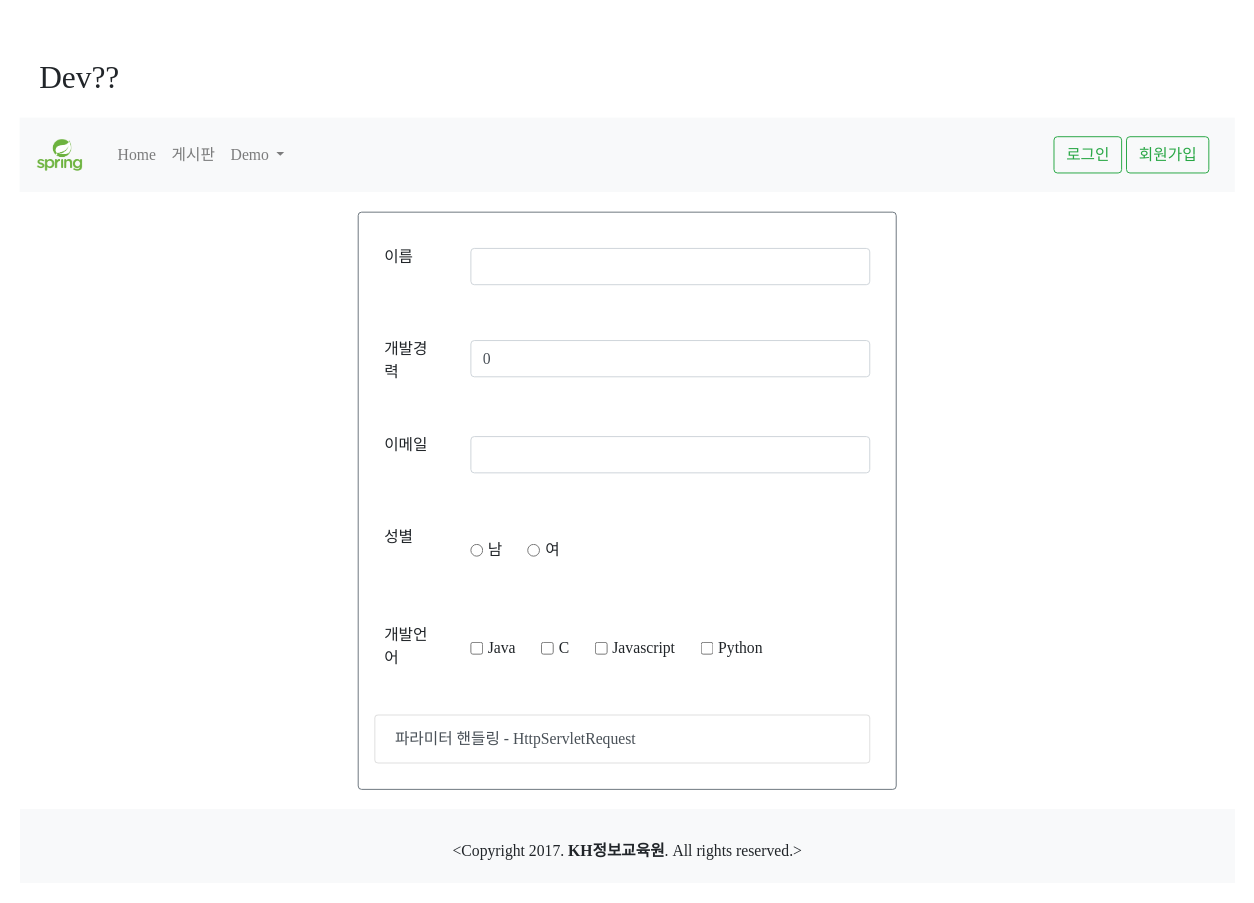
Repository: jinhak94/khspring
Page: http://localhost/hello-spring/WEB-INF/views/demo/devForm.jsp
These files come from the project's save history. The page is drawn as it stood at one moment and after the next save; the edit follows.
The browser window is 1280 px wide. The pictures show the whole page, at 98% of full size.
The page is served by Tomcat 9. Nobody is signed in. Other server files are loaded and not shown. The template is opened directly, without the code that normally fills it, so the values that code supplies are empty.

Above is the page before, as saved 2021-04-16 03:51:15.

### spring_workspace/hello-spring/src/main/webapp/WEB-INF/views/demo/devForm.jsp
<%@ page language="java" contentType="text/html; charset=UTF-8"
    pageEncoding="UTF-8"%>
<%@ taglib prefix="c" uri="http://java.sun.com/jsp/jstl/core"%>
<%@ taglib prefix="fmt" uri="http://java.sun.com/jsp/jstl/fmt"%>
<%@ taglib prefix="fn" uri="http://java.sun.com/jsp/jstl/functions"%>
<jsp:include page="/WEB-INF/views/common/header.jsp">
	<jsp:param value="Dev등록" name="title"/>
</jsp:include>
<style>
div#demo-container{
	width:550px;
}
</style>

<div id="demo-container"
	 class="border border-secondary mx-auto p-3 rounded">
	<!-- https://getbootstrap.com/docs/4.1/components/forms/#readonly-plain-text -->
	<form id="devFrm" method="POST">
		<div class="form-group row">
		  <label for="name" class="col-sm-2 col-form-label">이름</label>
		  <div class="col-sm-10">
		    <input type="text" class="form-control" id="name" name="name" required>
		  </div>
		</div>
		<div class="form-group row">
		  <label for="career" class="col-sm-2 col-form-label">개발경력</label>
		  <div class="col-sm-10">
		    <input type="number" class="form-control" id="career" name="career" value="0" required>
		  </div>
		</div>
		<div class="form-group row">
		  <label for="email" class="col-sm-2 col-form-label">이메일</label>
		  <div class="col-sm-10">
		    <input type="email" class="form-control" id="email" name="email" required>
		  </div>
		</div>
	  	<!-- https://getbootstrap.com/docs/4.1/components/forms/#inline -->
	    <div class="form-group row">
	    	<label class="col-sm-2 col-form-label">성별</label>
	    	<div class="col-sm-10">
			    <div class="form-check form-check-inline">
				  <input class="form-check-input" type="radio" name="gender" id="gender0" value="M">
				  <label class="form-check-label" for="gender0">남</label>
				</div>
				<div class="form-check form-check-inline">
				  <input class="form-check-input" type="radio" name="gender" id="gender1" value="F">
				  <label class="form-check-label" for="gender1">여</label>
				</div>
			</div>
		</div>
		<div class="form-group row">
			<label class="col-sm-2 col-form-label">개발언어</label>
			<div class="col-sm-10">
				<div class="form-check form-check-inline">
				  <input class="form-check-input" type="checkbox" name="lang" id="Java" value="Java">
				  <label class="form-check-label" for="Java">Java</label>
				</div>
				<div class="form-check form-check-inline">
				  <input class="form-check-input" type="checkbox" name="lang" id="C" value="C">
				  <label class="form-check-label" for="C">C</label>
				</div>
				<div class="form-check form-check-inline">
				  <input class="form-check-input" type="checkbox" name="lang" id="Javascript" value="Javascript">
				  <label class="form-check-label" for="Javascript">Javascript</label>
				</div>
				<div class="form-check form-check-inline">
				  <input class="form-check-input" type="checkbox" name="lang" id="Python" value="Python">
				  <label class="form-check-label" for="Python">Python</label>
				</div>
			</div>
		</div>
	</form>
	<!-- 전송버튼  -->
	<div class="list-group">
	  <button type="button" onclick="dev1();" class="list-group-item list-group-item-action">파라미터 핸들링 - HttpServletRequest</button>
	</div>
</div>
<script>
function dev1(){
	$("#devFrm")
		.attr("action", "${pageContext.request.contextPath}/demo/dev1.do")
		.submit();
}
</script>

<jsp:include page="/WEB-INF/views/common/footer.jsp"/>

### spring_workspace/hello-spring/src/main/webapp/WEB-INF/views/common/header.jsp
<%@ page language="java" contentType="text/html; charset=UTF-8"
    pageEncoding="UTF-8"%>
<!DOCTYPE html>
<html>
<head>
<meta charset="UTF-8">
<title>${param.title}</title>

<script src="http://code.jquery.com/jquery-latest.min.js"></script>

<!-- bootstrap js: jquery load 이후에 작성할것.-->
<script src="https://cdnjs.cloudflare.com/ajax/libs/popper.js/1.14.3/umd/popper.min.js" integrity="sha384-ZMP7rVo3mIykV+2+9J3UJ46jBk0WLaUAdn689aCwoqbBJiSnjAK/l8WvCWPIPm49" crossorigin="anonymous"></script>
<script src="https://stackpath.bootstrapcdn.com/bootstrap/4.1.3/js/bootstrap.min.js" integrity="sha384-ChfqqxuZUCnJSK3+MXmPNIyE6ZbWh2IMqE241rYiqJxyMiZ6OW/JmZQ5stwEULTy" crossorigin="anonymous"></script>

<!-- bootstrap css -->
<link rel="stylesheet" href="https://stackpath.bootstrapcdn.com/bootstrap/4.1.0/css/bootstrap.min.css" integrity="sha384-9gVQ4dYFwwWSjIDZnLEWnxCjeSWFphJiwGPXr1jddIhOegiu1FwO5qRGvFXOdJZ4" crossorigin="anonymous">

<!-- 사용자작성 css -->
<link rel="stylesheet" href="${pageContext.request.contextPath }/resources/css/style.css" />

</head>
<body>
<div id="container">
	<header>
		<div id="header-container">
			<h2>${param.title}</h2>
		</div>
		<!-- https://getbootstrap.com/docs/4.0/components/navbar/ -->
		<nav class="navbar navbar-expand-lg navbar-light bg-light">
			<a class="navbar-brand" href="#">
				<img src="${pageContext.request.contextPath }/resources/images/logo-spring.png" alt="스프링로고" width="50px" />
			</a>
			<button class="navbar-toggler" type="button" data-toggle="collapse" data-target="#navbarNav" aria-controls="navbarNav" aria-expanded="false" aria-label="Toggle navigation">
				<span class="navbar-toggler-icon"></span>
		  	</button>
			<div class="collapse navbar-collapse" id="navbarNav">
				<ul class="navbar-nav mr-auto">
			    	<li class="nav-item"><a class="nav-link" href="${pageContext.request.contextPath}">Home</a></li>
                    <li class="nav-item"><a class="nav-link" href="${pageContext.request.contextPath}/board/boardList.do">게시판</a></li>
                    <!-- 데모메뉴 DropDown -->
                    <!--https://getbootstrap.com/docs/4.1/components/navbar/#supported-content-->
                    <li class="nav-item dropdown">
                        <a class="nav-link dropdown-toggle" href="#" id="navbarDropdown" role="button" data-toggle="dropdown" aria-haspopup="true" aria-expanded="false">
                            Demo
                        </a>
                        <div class="dropdown-menu" aria-labelledby="navbarDropdown">
                            <a class="dropdown-item" href="${pageContext.request.contextPath}/demo/devForm.do">Dev 등록</a>
                            <a class="dropdown-item" href="${pageContext.request.contextPath}/demo/devList.do">Dev 목록</a>
                        </div>
				    </li>
			    </ul>
			    <button class="btn btn-outline-success my-2 my-sm-0" type="button" >로그인</button>
                &nbsp;
                <button class="btn btn-outline-success my-2 my-sm-0" type="button">회원가입</button>
			 </div>
		</nav>
	</header>
	<section id="content">

### spring_workspace/hello-spring/src/main/webapp/WEB-INF/views/common/footer.jsp
<%@ page language="java" contentType="text/html; charset=UTF-8"
    pageEncoding="UTF-8"%>
<%@ taglib prefix="c" uri="http://java.sun.com/jsp/jstl/core"%>
<%@ taglib prefix="fmt" uri="http://java.sun.com/jsp/jstl/fmt"%>
<%@ taglib prefix="fn" uri="http://java.sun.com/jsp/jstl/functions"%>

	</section>
	<footer>
		<p>&lt;Copyright 2017. <strong>KH정보교육원</strong>. All rights reserved.&gt;</p>
	</footer>

</div>
</body>
</html>

### spring_workspace/hello-spring/src/main/webapp/resources/css/style.css
@CHARSET "UTF-8";
body {font-family:"휴먼모음T";}
div, section, header, aside, footer {padding:10px;}

/********** 전체컨테이너 **********/
div#container	{}

/********** header **********/
header div#header-container {height:100px;}
header div#header-container h2 	{margin:30px 10px 0px 10px;}


/********** content **********/
section#content		{min-height:600px;}


/********** footer **********/
footer	{background-color:#f8f9fa; background-clip:content-box; clear:both; height:95px; text-align:center;}
footer p 	{margin-top:30px;}

After the next save:
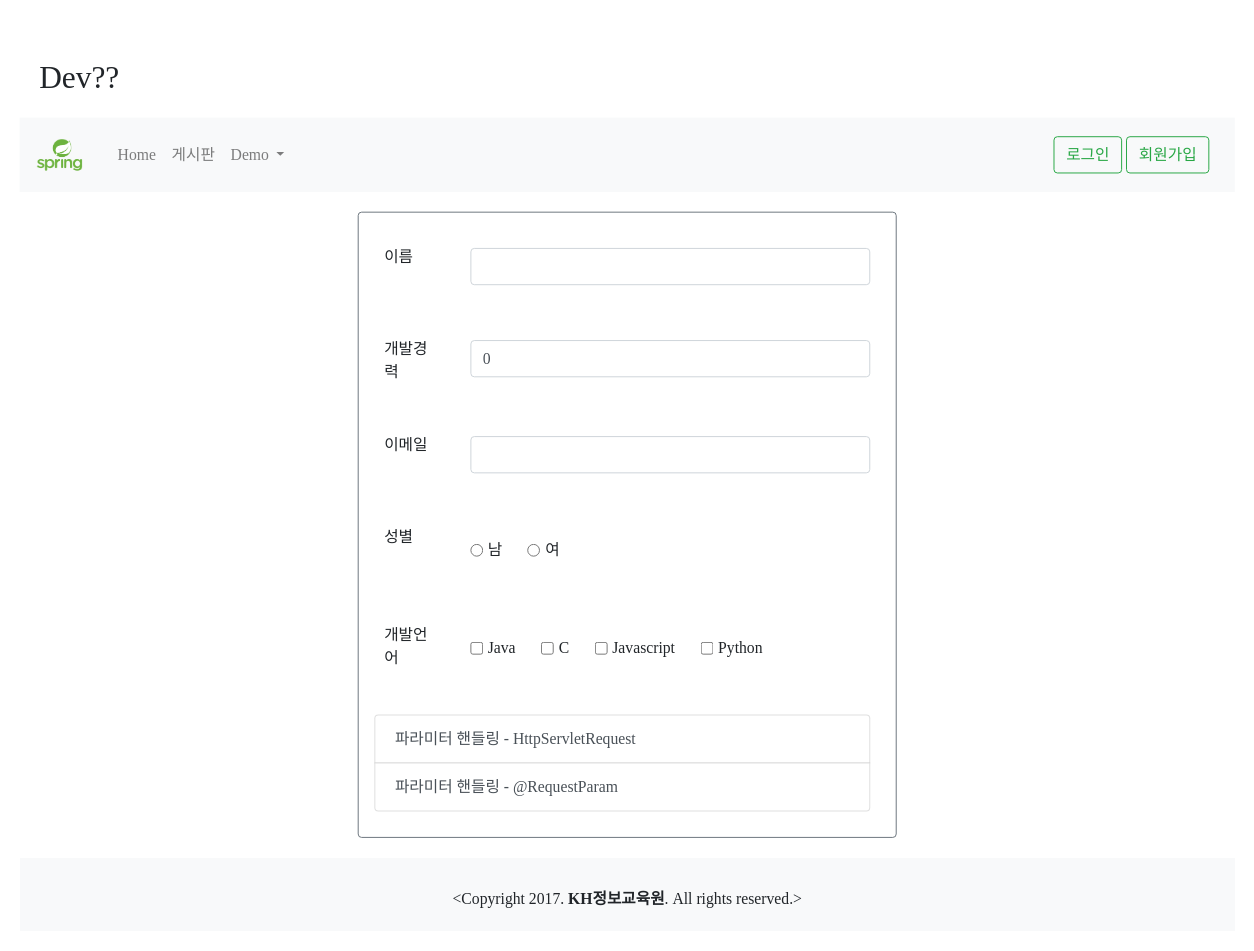
Saved 55 min 52 s later.
--- a/spring_workspace/hello-spring/src/main/webapp/WEB-INF/views/demo/devForm.jsp
+++ b/spring_workspace/hello-spring/src/main/webapp/WEB-INF/views/demo/devForm.jsp
@@ -73,6 +73,7 @@
 	<!-- 전송버튼  -->
 	<div class="list-group">
 	  <button type="button" onclick="dev1();" class="list-group-item list-group-item-action">파라미터 핸들링 - HttpServletRequest</button>
+	  <button type="button" onclick="dev2();" class="list-group-item list-group-item-action">파라미터 핸들링 - @RequestParam</button>
 	</div>
 </div>
 <script>
@@ -81,6 +82,12 @@
 		.attr("action", "${pageContext.request.contextPath}/demo/dev1.do")
 		.submit();
 }
+
+function dev2(){
+	$("#devFrm")
+	.attr("action", "${pageContext.request.contextPath}/demo/dev1.do")
+	.submit();
+}
 </script>
 
 <jsp:include page="/WEB-INF/views/common/footer.jsp"/>
